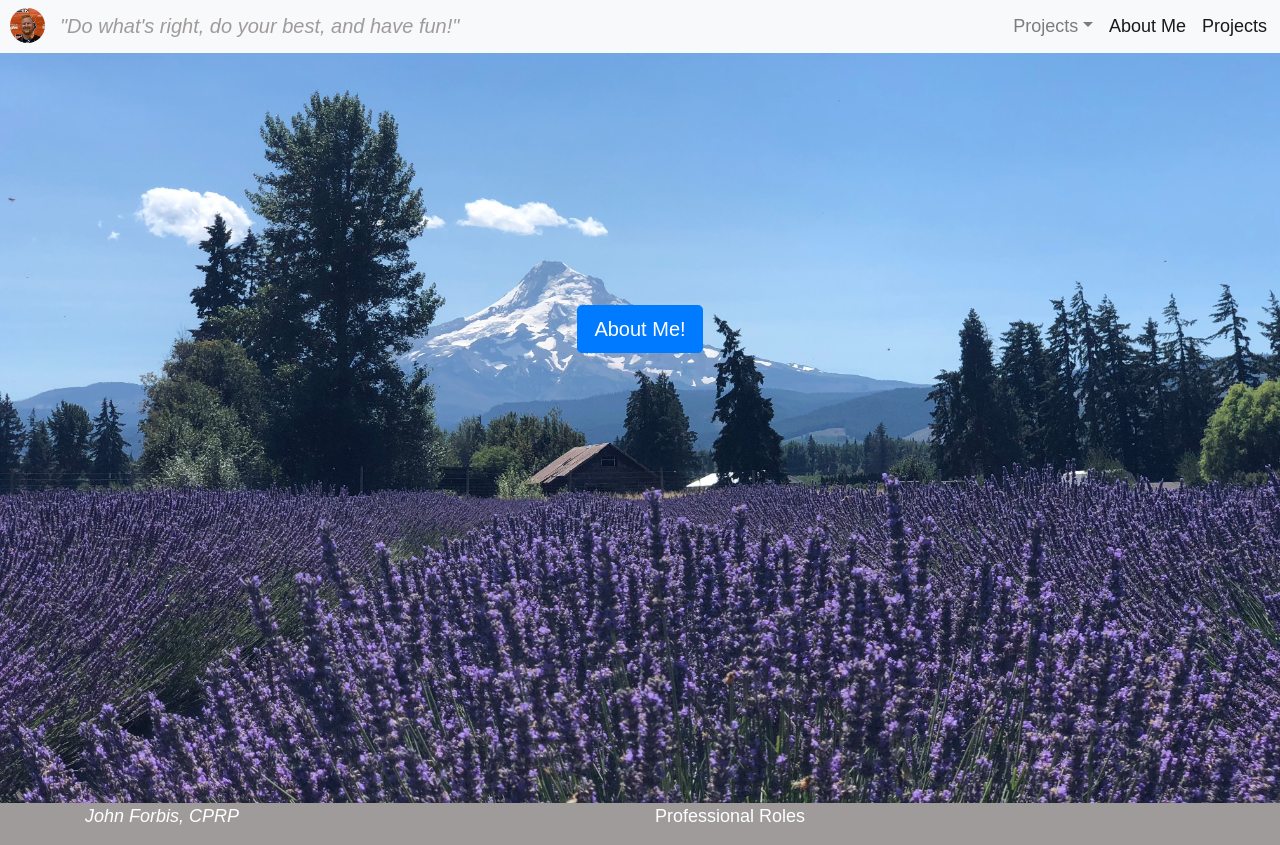
Repository: jforbis/john-forbis-data-analyst
Page: index.html
These files come from the project's save history. The page is drawn as it stood at one moment and after the next save; the edit follows.
The browser window is 1280 px wide. The pictures show the part of the page from y = 0 to 845 px (the page is 1730 px tall).
A picture or video elsewhere on the page could not be fetched, so the positions and the page height are approximate. Backgrounds fixed to the window are drawn as part of the page.

Above is the page before, as saved 2021-03-31 23:10:40.

After the next save:
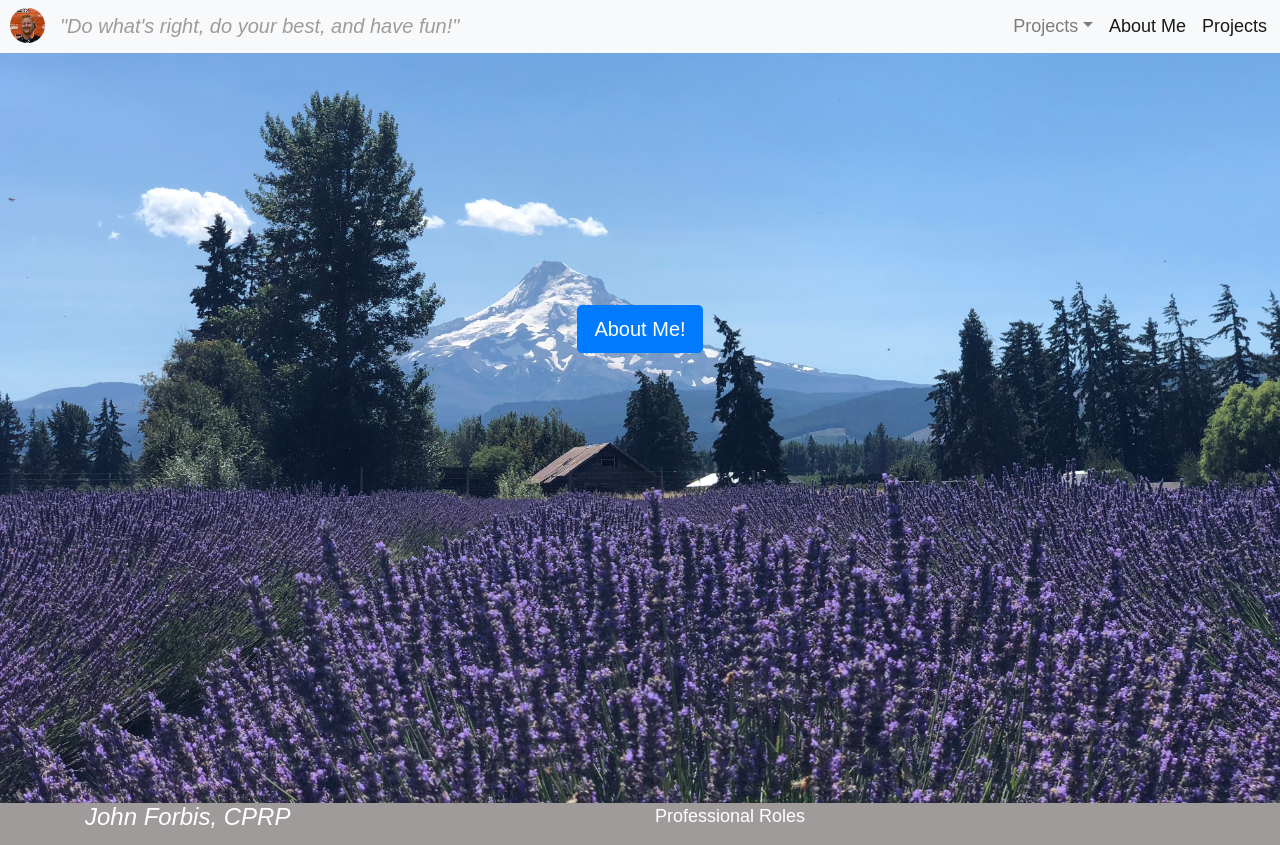
Saved 31 s later.
--- a/static/css/style.css
+++ b/static/css/style.css
@@ -7,6 +7,10 @@
 line-height: 150%;
 color: rgb(255, 255, 255);
 background: #9f9b9b;
+}
+
+#me {
+    font-size: 24px
 }
 
 #career-img {
